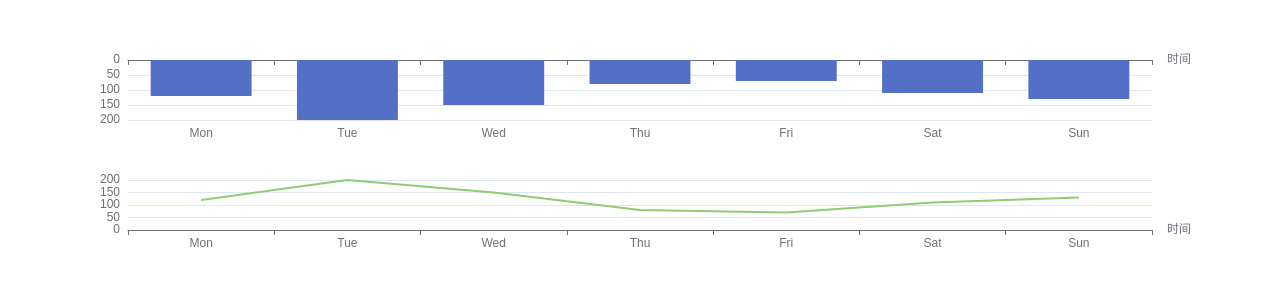
Repository: LeP-Ton/curve
Page: /
An editor plug-in stored every save of this project. The page is shown before and after the next save, followed by the edit.
The browser window is 1280 px wide. The pictures show the whole page.
The project was rebuilt for these pictures with package versions that can differ from the ones it lists, and the page was loaded fresh each time.

Above is the page before, as saved 2022-08-18 20:10:07.

After the next save:
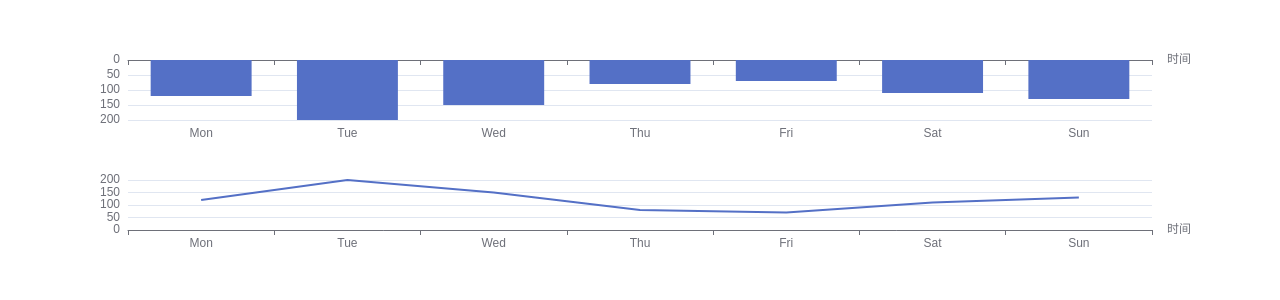
Saved 19 s later.
--- a/src/index.js
+++ b/src/index.js
@@ -51,6 +51,7 @@
       type: "bar",
     },
     {
+      name: "温度",
       type: "line",
       showSymbol: false,
       data: [120, 200, 150, 80, 70, 110, 130],

After the save that followed:
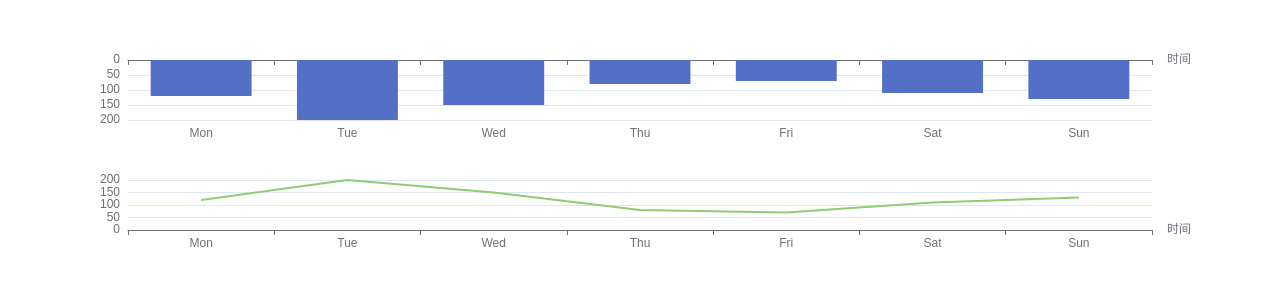
Saved 21 s later.
--- a/src/index.js
+++ b/src/index.js
@@ -51,7 +51,7 @@
       type: "bar",
     },
     {
-      name: "温度",
+      name: "宽度",
       type: "line",
       showSymbol: false,
       data: [120, 200, 150, 80, 70, 110, 130],
